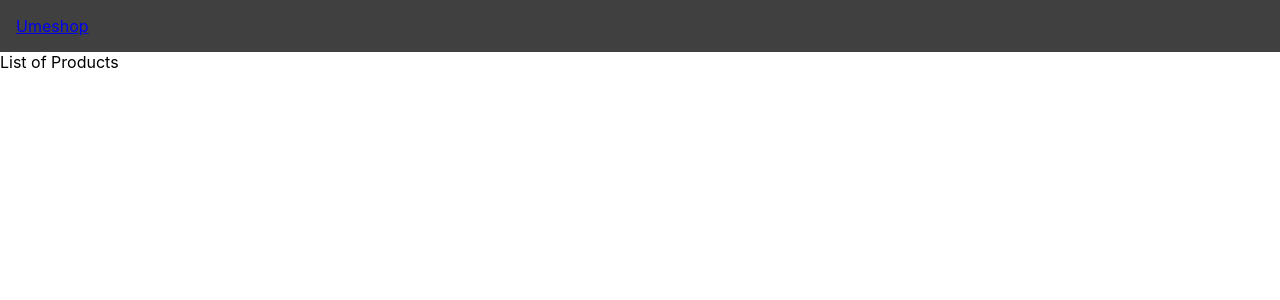
Repository: NovaX23/umeshop-new
Page: / (app in frontend/)
The author's editor kept a copy of each file at every save. The page is drawn from the files as they stood at one save, then again after the next save.
The browser window is 1280 px wide. The pictures show the whole page.
The project was rebuilt for these pictures with package versions that can differ from the ones it lists, and the page was loaded fresh each time.

Above is the page before, as saved 2023-07-01 00:19:35.

### frontend/src/index.css
body {
  margin: 0;
  font-family: -apple-system, BlinkMacSystemFont, 'Segoe UI', 'Roboto', 'Oxygen',
    'Ubuntu', 'Cantarell', 'Fira Sans', 'Droid Sans', 'Helvetica Neue',
    sans-serif;
  -webkit-font-smoothing: antialiased;
  -moz-osx-font-smoothing: grayscale;
}

code {
  font-family: source-code-pro, Menlo, Monaco, Consolas, 'Courier New',
    monospace;
}

header {
  background-color: #404040;
  padding: 1rem;
}

### frontend/src/App.js


function App () {
  return (
    <div >
      <header>
        <a href="/">Umeshop</a>
      </header>
      <main>
        List of Products
      </main>
    </div>
  );
}

export default App;

Loaded but not shown: frontend/public/index.html (common file); frontend/src/index.js (common file); frontend/src/reportWebVitals.js (common file)

After the next save:
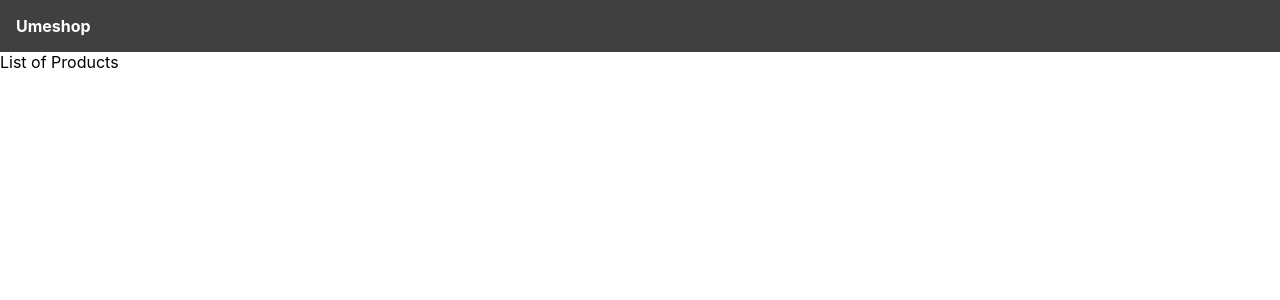
Saved 90 s later.
--- a/frontend/src/index.css
+++ b/frontend/src/index.css
@@ -16,3 +16,10 @@
   background-color: #404040;
   padding: 1rem;
 }
+
+header a {
+  color: #ffffff;
+  font-weight: bold;
+  text-decoration: none;
+
+}
